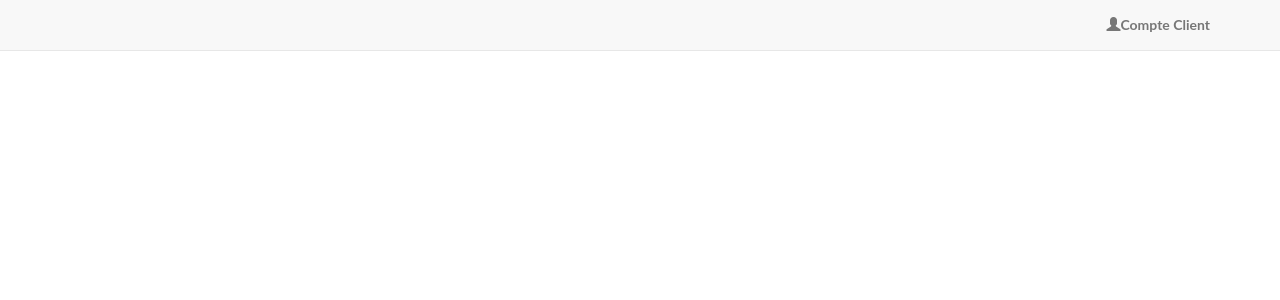
Repository: GouverneurOlivier/JEE_GARDE
Page: http://localhost/JeeGarde/Main
An editor plug-in stored every save of this project. The page is shown before and after the next save, followed by the edit.
The browser window is 1280 px wide. The pictures show the whole page.
Some web libraries are served in a nearby version. The page is served by Tomcat 9.

Above is the page before, as saved 2017-04-12 11:45:38.

After the next save:
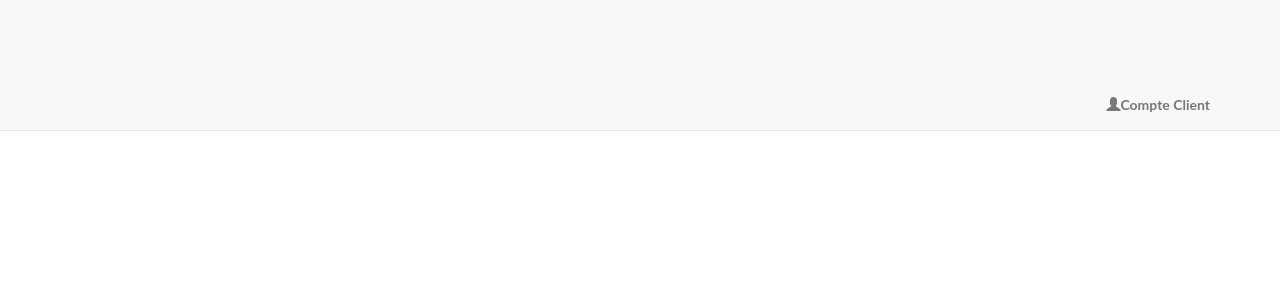
Saved 59 s later.
--- a/JeeGarde/WebContent/ASSETS/login.css
+++ b/JeeGarde/WebContent/ASSETS/login.css
@@ -97,9 +97,7 @@
 	display:none;
 }
 
-.test{
-	margin : 0 auto;
-	display: inline-block;
-	width: 500px;
-	background-color: grey;
+.container{
+	margin-top:80px;
+
 }

After the save that followed:
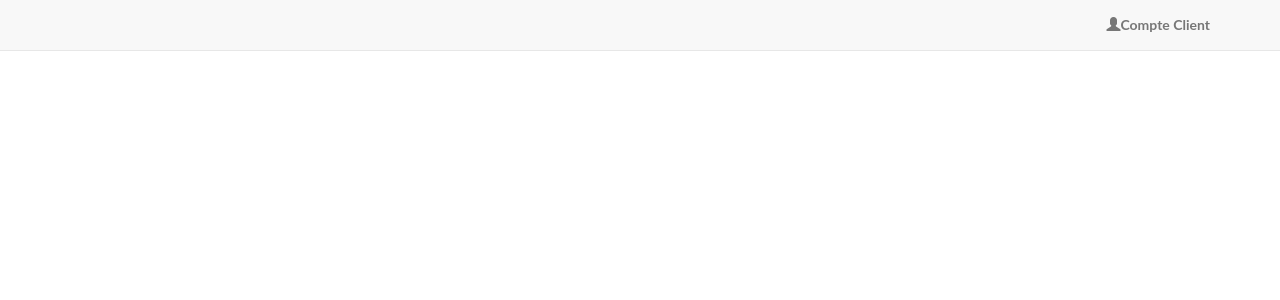
Saved 45 s later.
--- a/JeeGarde/WebContent/ASSETS/login.css
+++ b/JeeGarde/WebContent/ASSETS/login.css
@@ -97,7 +97,7 @@
 	display:none;
 }
 
-.container{
+#formulaire{
 	margin-top:80px;
 
 }
